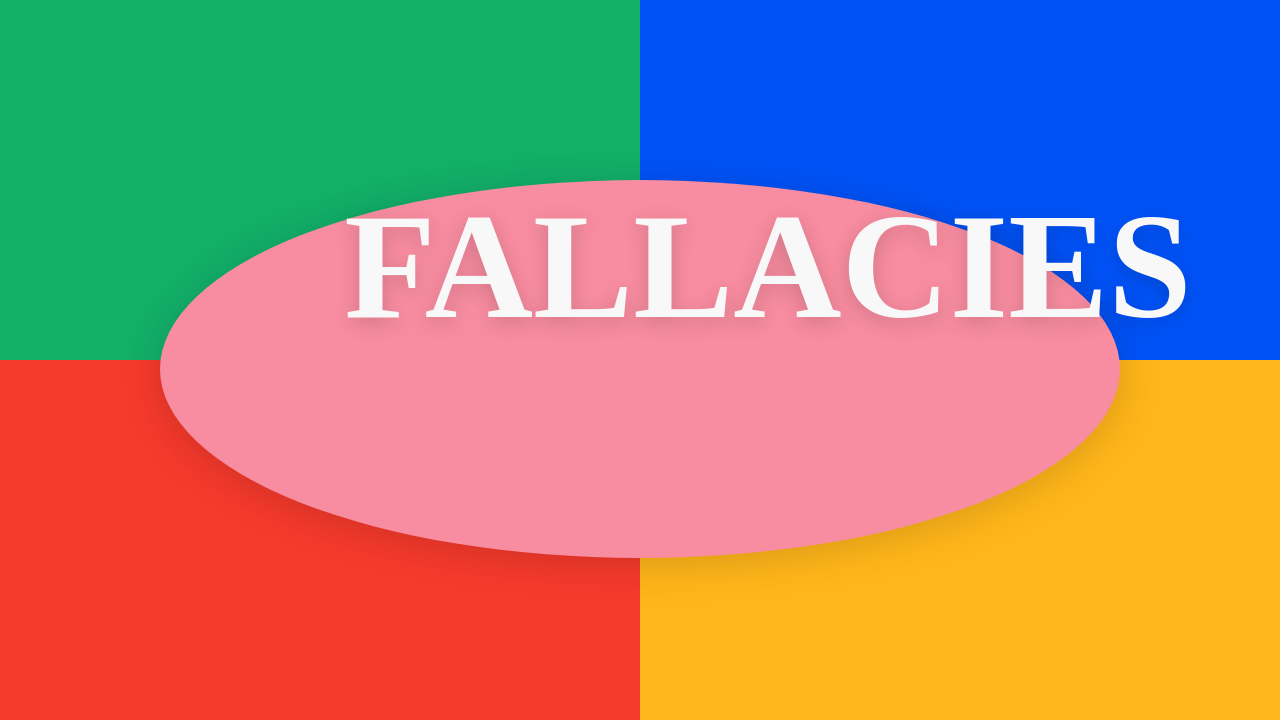
Repository: yafugray/fallacies
Page: project/Midterm project/index.html
These files come from the project's save history. The page is drawn as it stood at one moment and after the next save; the edit follows.
The browser window is 1280 px wide. The pictures show the whole page.

Above is the page before, as saved 2020-03-12 14:57:07.

### project/Midterm project/index.html
<!DOCTYPE html>
<html lang="en">
<head>
    <meta charset="UTF-8">
    <meta name="viewport" content="width=device-width, initial-scale=1.0">
    <title>Fallacies</title>
    <link href="app.css" rel="stylesheet">
</head>
<body>
    <div id="Mainpage">
        <div id="rec1"></div>
        <div id="rec2"></div>
        <div id="rec3"></div>
        <div id="rec4"></div>
        <div id="group1">
            <svg class="ellipse">
                <ellipse fill="rgba(248,140,160,1)" id="Ellipse_8" rx="75%" ry="75%" cx="50%" cy="75%">
                </ellipse>
            </svg>
            <div id="fallacies">
                <span>FALLACIES</span>
            </div>
        </div>
    </div>
</body>
</html>

### project/Midterm project/app.css
* {
    margin: 0;
    padding: 0;
    box-sizing: border-box;
    border: none;
}

#Mainpage {
    position: absolute;
    width: 100vw;
    height: 100vh;
    background-color: azure;
    overflow: hidden;
}
@keyframes fadein {

    0% {
        opacity: 0;
    }
    100% {
        opacity: 1;
    }

}

#rec1 {
	position: absolute;
	overflow: visible;
	width: 50vw;
	height: 50vh;
	left: 0px;
    top: 0px;
    background-color: rgba(18,176,105,1);
}
#rec4 {
	position: absolute;
	overflow: visible;
	width: 50vw;
	height: 50vh;
	left: 0px;
    bottom: 0px;
    background-color: rgba(246,58,44,1);
}
#rec2 {
	position: absolute;
	overflow: visible;
	width: 50vw;
	height: 50vh;
	right: 0px;
    top: 0px;
    background-color: rgba(0,82,247,1);
}
#rec3 {
	position: absolute;
	overflow: visible;
	width: 50vw;
	height: 50vh;
	right: 0px;
    bottom: 0px;
    background-color: rgba(255,182,26,1);
}

#group1 {
    position: absolute;
	width: 70vw;
	height: 35vh;
    left: 25%;
    right: 25%;
    top: 25%;
    bottom: 25%;
	overflow: visible;
	--web-animation: fadein 0.3s ease-out;
	--web-action-type: page;
	--web-action-target: custom___2.html;
	cursor: pointer;
}

.ellipse {
    filter: drop-shadow(0px 5px 20px rgba(0, 0, 0, 0.161));
	position: absolute;
	overflow: visible;
	width: 50vw;
	height: 35vh;
    left: 0px;
    right:0px;
    top: 0px;
    bottom: 0px;
}

#fallacies {
    filter: drop-shadow(0px 5px 10px rgba(0, 0, 0, 0.161));
    position: absolute;
    align-items: center;
    justify-content: center;
    overflow: visible;
    width: 100%;
    white-space: nowrap;
    text-align: center;
    font-family: TitlingGothicFB Narrow;
    font-style: normal;
    font-weight: bold;
    font-size: 150px;
    color: rgba(248,248,248,1);
}

After the next save:
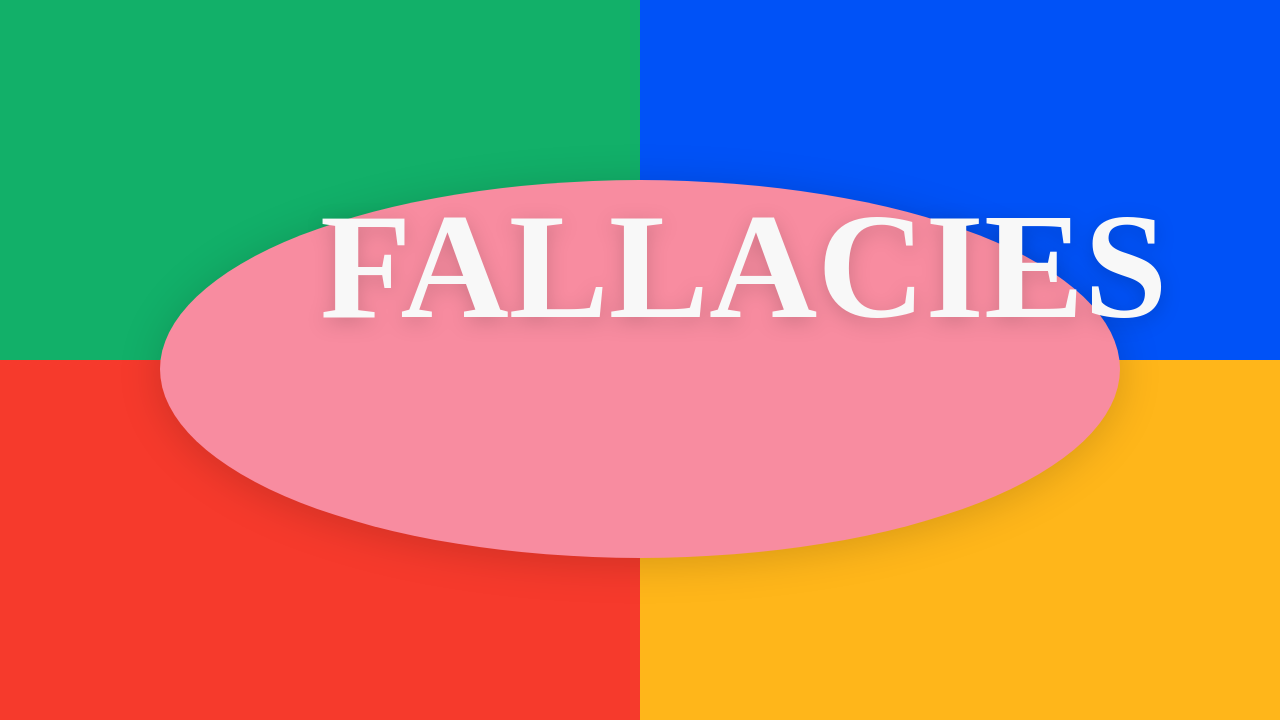
Saved 7 s later.
--- a/project/Midterm project/app.css
+++ b/project/Midterm project/app.css
@@ -93,7 +93,7 @@
     align-items: center;
     justify-content: center;
     overflow: visible;
-    width: 100%;
+    /* width: 100%; */
     white-space: nowrap;
     text-align: center;
     font-family: TitlingGothicFB Narrow;

After the 2 saves that followed:
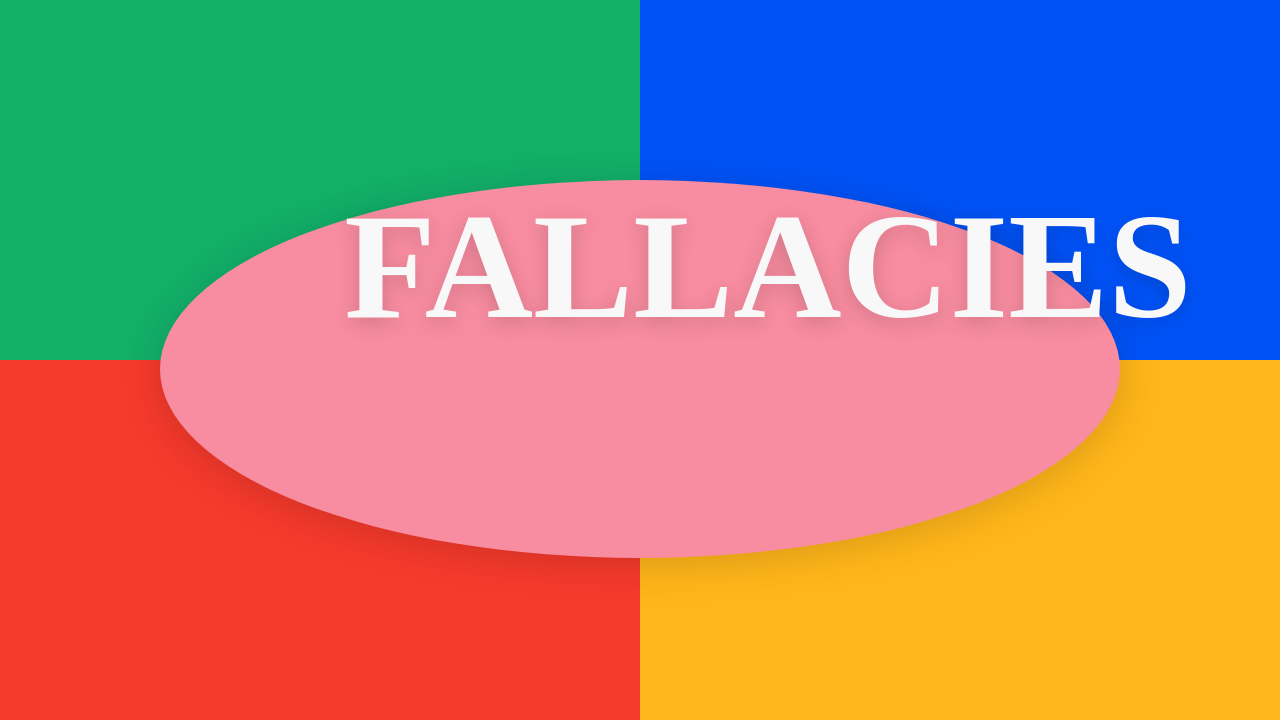
The 2 saves are shown as one change because 1 left the picture as it was.
The last was saved 14 s later.
--- a/project/Midterm project/app.css
+++ b/project/Midterm project/app.css
@@ -89,11 +89,10 @@
 
 #fallacies {
     filter: drop-shadow(0px 5px 10px rgba(0, 0, 0, 0.161));
-    position: absolute;
+    position: relative;
     align-items: center;
     justify-content: center;
     overflow: visible;
-    /* width: 100%; */
     white-space: nowrap;
     text-align: center;
     font-family: TitlingGothicFB Narrow;
